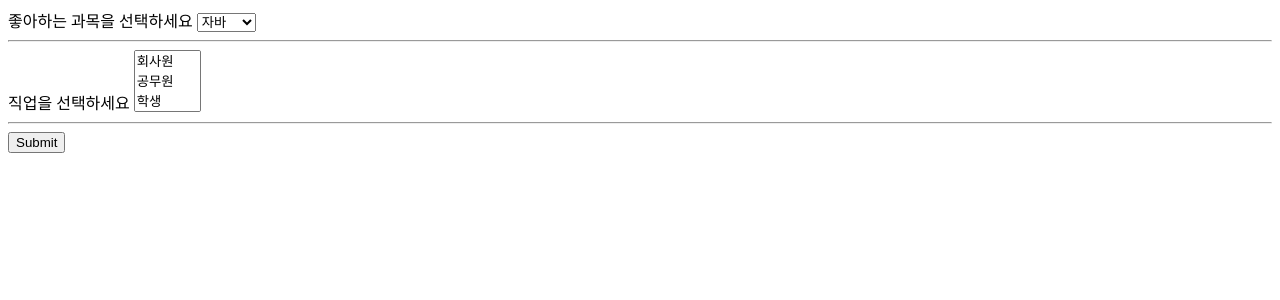
Repository: MegiLove/html_css
Page: day1130/src/main/webapp/selectTest.html
The author's editor kept a copy of each file at every save. The page is drawn from the files as they stood at one save, then again after the next save.
The browser window is 1280 px wide. The pictures show the whole page.

Above is the page before, as saved 2021-11-30 05:19:23.

After the next save:
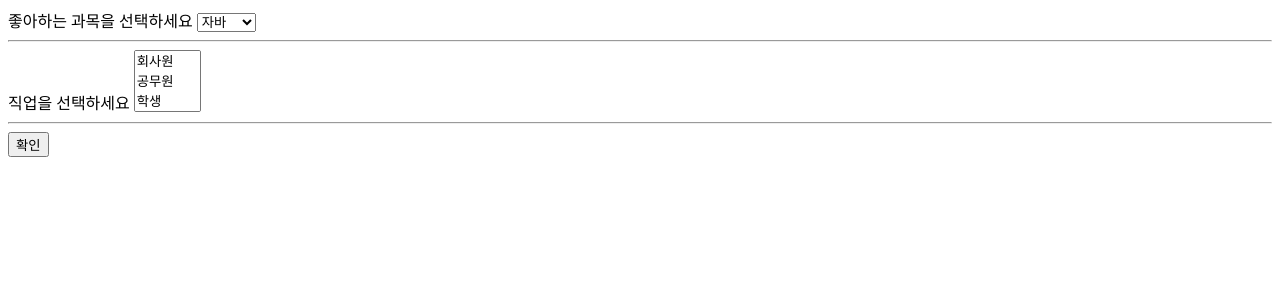
Saved 21 s later.
--- a/day1130/src/main/webapp/selectTest.html
+++ b/day1130/src/main/webapp/selectTest.html
@@ -24,7 +24,7 @@
 			<option value="주부">주부</option>
 		</select>
 		<hr>
-		<input type="submit" name="확인">
+		<input type="submit" value="확인">
 	</form>
 </body>
 </html>
